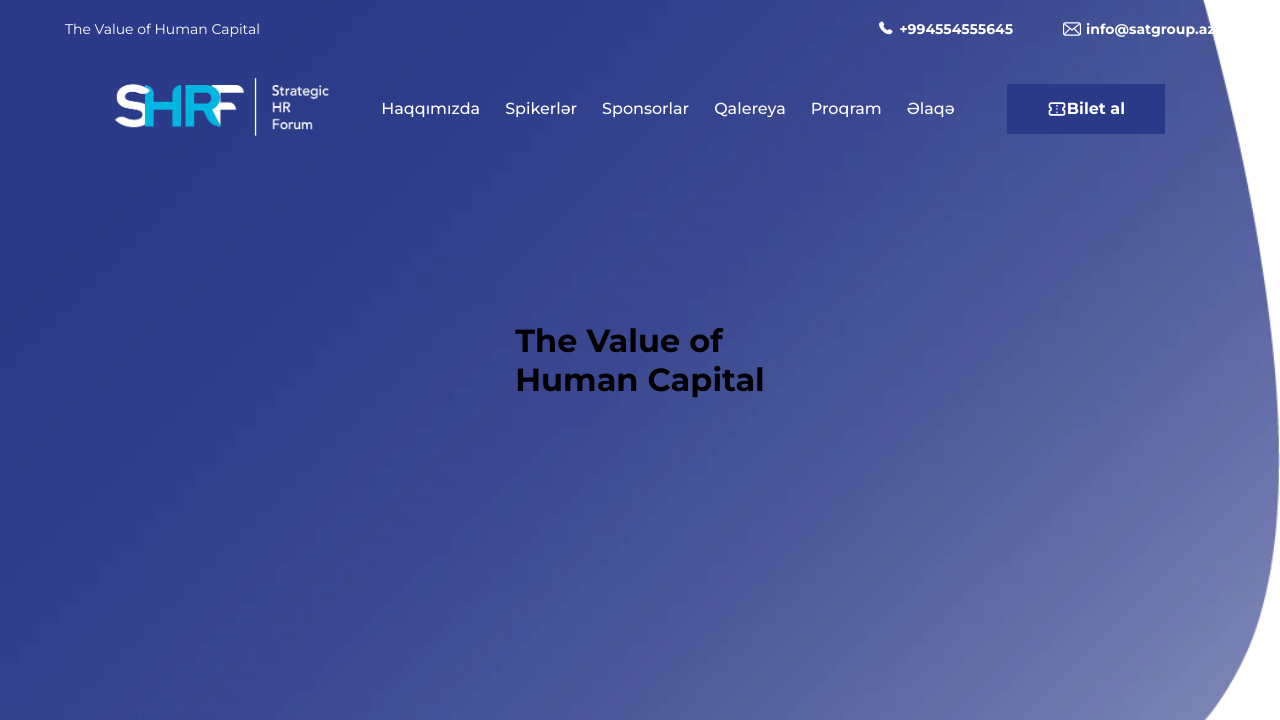
Repository: allahverdiyevabdulhasan/shrf
Page: /
The author's editor kept a copy of each file at every save. The page is drawn from the files as they stood at one save, then again after the next save.
The browser window is 1280 px wide. The pictures show the whole page.
The project was rebuilt for these pictures with package versions that can differ from the ones it lists, and the page was loaded fresh each time. Also part of the build but not shown: vite.config.js, src/App.css.

Above is the page before, as saved 2024-08-16 10:10:57.

### src/App.jsx
import './App.css'
import Header from './components/Header'
import Intro from './components/Intro'

function App() {

  return (
    <div id='page'>
      <Header />
      <Intro />
    </div>
  )
}

export default App

### src/index.css
@import url('https://fonts.googleapis.com/css2?family=Montserrat:ital,wght@0,100..900;1,100..900&display=swap');

* {
  margin: 0;
  box-sizing: border-box;
  padding: 0;
  font-family: Montserrat;
  transition: all .4s ease-in-out;
}

:root {
  --globalPrimary: #2a3988;
}

ul {
  padding: 0;
  list-style: none;
}

a {
  color: #fff;
  text-decoration: none;
}

button {
  cursor: pointer;
}

.container {
  max-width: 1170px;
  margin: 0 auto;
  padding: 0 10px;
}

.buy__button {
  display: flex;
  align-items: center;
  border: 0;
  background: var(--globalPrimary);
  font-size: 16px;
  font-weight: 700;
  color: #fff;
  padding: 15px 40px;

  &:hover {
    box-shadow: 0 3px 10px 3px #fff;
    transform: translateY(-3px);
  }
}

### src/components/Header/index.jsx

import s from './style.module.css'

export default function Header() {


    return (
        <header className='container'>
            <div className={s.top}>
                <div className={s.top__left}>
                    The Value of Human Capital
                </div>
                <div className={s.top__right}>
                    <ul>
                        <li>
                            <a href="tel:+994554555645">
                            <svg width={18} viewBox="0 0 24 24" fill="none" xmlns="http://www.w3.org/2000/svg"><g id="SVGRepo_bgCarrier" stroke-width="0"></g><g id="SVGRepo_tracerCarrier" stroke-linecap="round" stroke-linejoin="round"></g><g id="SVGRepo_iconCarrier"> <path d="M16.5562 12.9062L16.1007 13.359C16.1007 13.359 15.0181 14.4355 12.0631 11.4972C9.10812 8.55901 10.1907 7.48257 10.1907 7.48257L10.4775 7.19738C11.1841 6.49484 11.2507 5.36691 10.6342 4.54348L9.37326 2.85908C8.61028 1.83992 7.13596 1.70529 6.26145 2.57483L4.69185 4.13552C4.25823 4.56668 3.96765 5.12559 4.00289 5.74561C4.09304 7.33182 4.81071 10.7447 8.81536 14.7266C13.0621 18.9492 17.0468 19.117 18.6763 18.9651C19.1917 18.9171 19.6399 18.6546 20.0011 18.2954L21.4217 16.883C22.3806 15.9295 22.1102 14.2949 20.8833 13.628L18.9728 12.5894C18.1672 12.1515 17.1858 12.2801 16.5562 12.9062Z" fill="#ffffff"></path> </g></svg>
                            +994554555645</a>
                        </li>
                        <li>
                            <a href="mailto:info@satgroup.az">
                            <svg width={18} viewBox="0 -4 32 32" version="1.1" xmlns="http://www.w3.org/2000/svg" xmlns:xlink="http://www.w3.org/1999/xlink" xmlns:sketch="http://www.bohemiancoding.com/sketch/ns" fill="#000000"><g id="SVGRepo_bgCarrier" stroke-width="0"></g><g id="SVGRepo_tracerCarrier" stroke-linecap="round" stroke-linejoin="round"></g><g id="SVGRepo_iconCarrier"> <title>mail</title> <desc>Created with Sketch Beta.</desc> <defs> </defs> <g id="Page-1" stroke="none" stroke-width="1" fill="none" fill-rule="evenodd" sketch:type="MSPage"> <g id="Icon-Set" sketch:type="MSLayerGroup" transform="translate(-412.000000, -259.000000)" fill="#ffffff"> <path d="M442,279 C442,279.203 441.961,279.395 441.905,279.578 L433,270 L442,263 L442,279 L442,279 Z M415.556,280.946 L424.58,271.33 L428,273.915 L431.272,271.314 L440.444,280.946 C440.301,280.979 415.699,280.979 415.556,280.946 L415.556,280.946 Z M414,279 L414,263 L423,270 L414.095,279.578 C414.039,279.395 414,279.203 414,279 L414,279 Z M441,261 L428,271 L415,261 L441,261 L441,261 Z M440,259 L416,259 C413.791,259 412,260.791 412,263 L412,279 C412,281.209 413.791,283 416,283 L440,283 C442.209,283 444,281.209 444,279 L444,263 C444,260.791 442.209,259 440,259 L440,259 Z" id="mail" sketch:type="MSShapeGroup"> </path> </g> </g> </g></svg>
                                info@satgroup.az</a>
                            </li>
                    </ul>
                </div>
            </div>
            <div className={s.header__items}>
                <div className={s.logo}>
                    <a href="/"><img src="./public/assets/img/logo.webp" alt="Logo" /></a>
                </div>
                <nav>
                    <ul>
                        <li><a href="">Haqqımızda</a></li>
                        <li><a href="">Spikerlər</a></li>
                        <li><a href="">Sponsorlar</a></li>
                        <li><a href="">Qalereya</a></li>
                        <li><a href="">Proqram</a></li>
                        <li><a href="">Əlaqə</a></li>
                    </ul>
                </nav>
                <button className='buy__button'>
                <svg width={20} viewBox="0 0 24 24" fill="none" xmlns="http://www.w3.org/2000/svg"><g id="SVGRepo_bgCarrier" stroke-width="0"></g><g id="SVGRepo_tracerCarrier" stroke-linecap="round" stroke-linejoin="round"></g><g id="SVGRepo_iconCarrier"> <path d="M12 16H12.01M12 12H12.01M12 8H12.01M21 14V17C21 18.1046 20.1046 19 19 19H5C3.89543 19 3 18.1046 3 17V14C4.10457 14 5 13.1046 5 12C5 10.8954 4.10457 10 3 10V7C3 5.89543 3.89543 5 5 5H19C20.1046 5 21 5.89543 21 7V10C19.8954 10 19 10.8954 19 12C19 13.1046 19.8954 14 21 14Z" stroke="#ffffff" stroke-width="2" stroke-linecap="round" stroke-linejoin="round"></path> </g></svg>
                    Bilet al
                </button>
            </div>

        </header>
    )
}

### src/components/Intro/index.jsx
import s from './style.module.css'

export default function Intro() {


    return (
        <div className={s.intro}>
            <div className={s.intro__content}>
                <h1>
                    The Value of
                    <br />
                    <span>Human Capital</span>
                </h1>
            </div>
        </div>
    )
}

### src/components/Header/style.module.css
header {
    position: fixed;
    inset: 0;
}

.top {
    display: flex;
    justify-content: space-between;
    align-items: center;
    padding: 20px 0;
    color: #fff;
    font-size: 14px;
}

.top__right {
    & a,
    & ul {
        display: flex;
        align-items: center;
        font-weight: 700;
    }

    & li {
        margin: 0 0 0 50px;
    }

    & svg {
        margin: 0 5px 0 0;
    }

    & a:hover {
        text-shadow: 0 0 10px #fff;

    }
}


.header__items {
    display: flex;
    padding: 20px 50px;
    align-items: center;
    justify-content: space-between;

    & .logo{
        max-width: 214px;
        & img{
            width: 100%;
        }
    }

    & ul {
        display: flex;
        & li{
            margin: 0 25px 0 0;
            position: relative;
            &::after{
                content: '';
                position: absolute;
                bottom: 0;
                left: 0;
                width: 0;
                height: 3px;
                border-radius: 3px;
                background-color: #00FFF0;
                transition: all .4s ease-in-out;
            }
            &:hover{
                & a{
                    color: #00FFF0;
                }
                &::after{
                    width: 100%;
                }
            }
            & a{
                display: inline-block;
                padding: 10px 0;
                font-weight: 500;
            }
            &:last-child{
                margin: 0;
            }
        }
    }
}

### src/components/Intro/style.module.css
.intro{
    min-height: 100vh;
    background: url('./../../../public/assets/img/introBg.webp') center/cover;
    display: flex;
    align-items: center;
    justify-content: center;
}

Loaded but not shown: index.html (common file); src/main.jsx (common file)

After the next save:
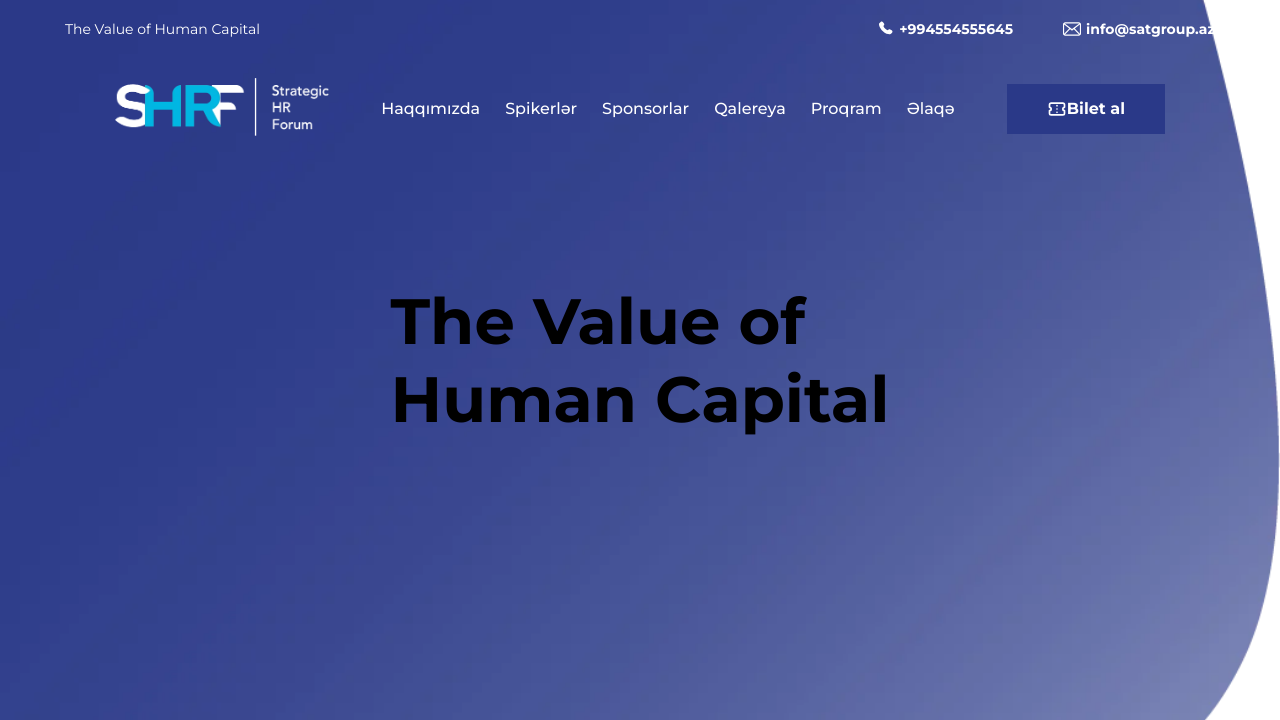
Saved 62 s later.
--- a/src/components/Intro/style.module.css
+++ b/src/components/Intro/style.module.css
@@ -4,4 +4,8 @@
     display: flex;
     align-items: center;
     justify-content: center;
+
+    & h1{
+        font-size: clamp(45px, 5vw, 100px);
+    }
 }
